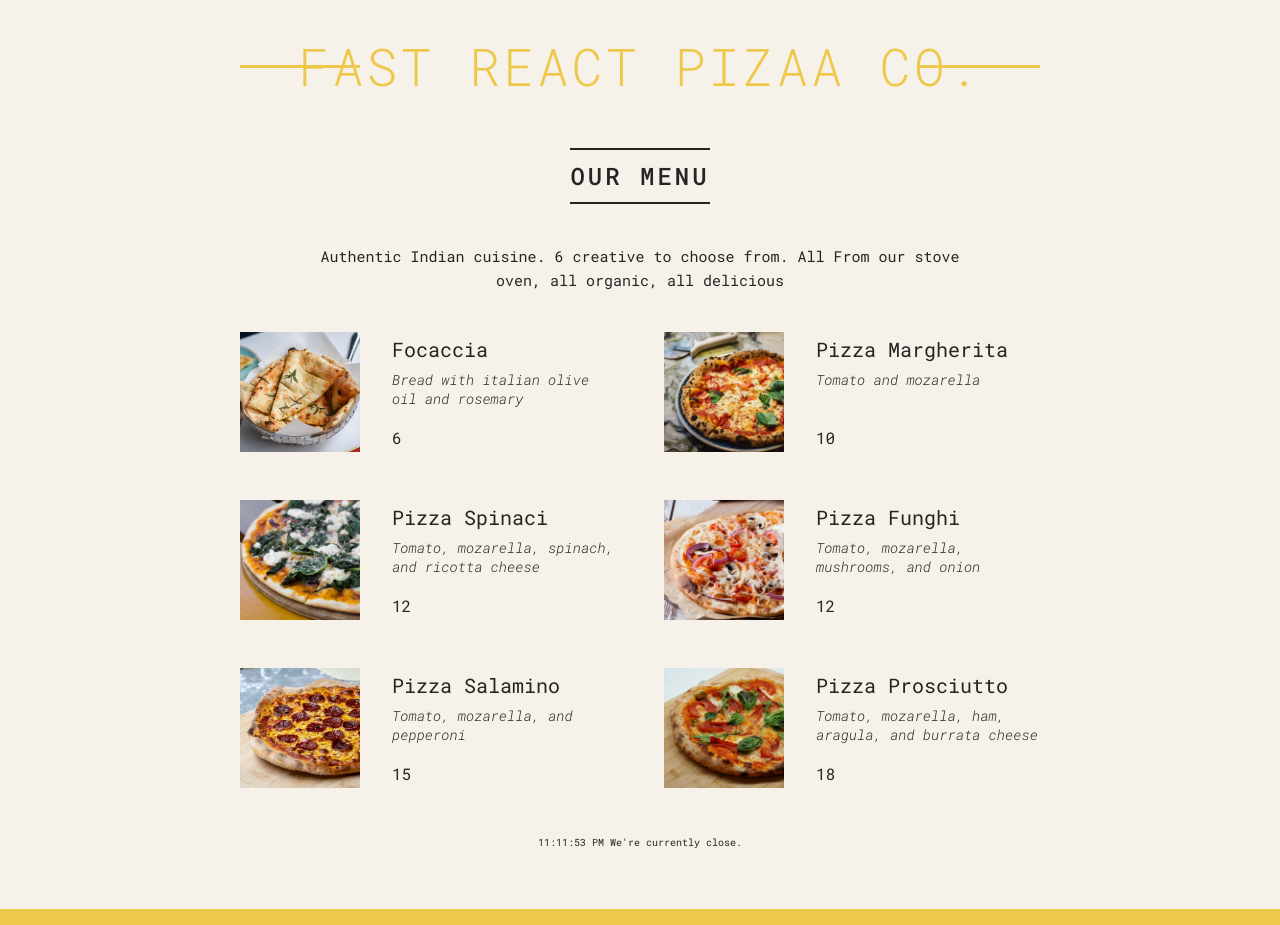
Repository: balaji-ummadisetty/reactPropsPractice
Page: /
The author's editor kept a copy of each file at every save. The page is drawn from the files as they stood at one save, then again after a run of saves.
The browser window is 1280 px wide. The pictures show the whole page.
The project was rebuilt for these pictures with package versions that can differ from the ones it lists, and the page was loaded fresh each time. Also part of the build but not shown: vite.config.js.

Above is the page before, as saved 2024-05-08 23:26:30.

After the next 2 saves:
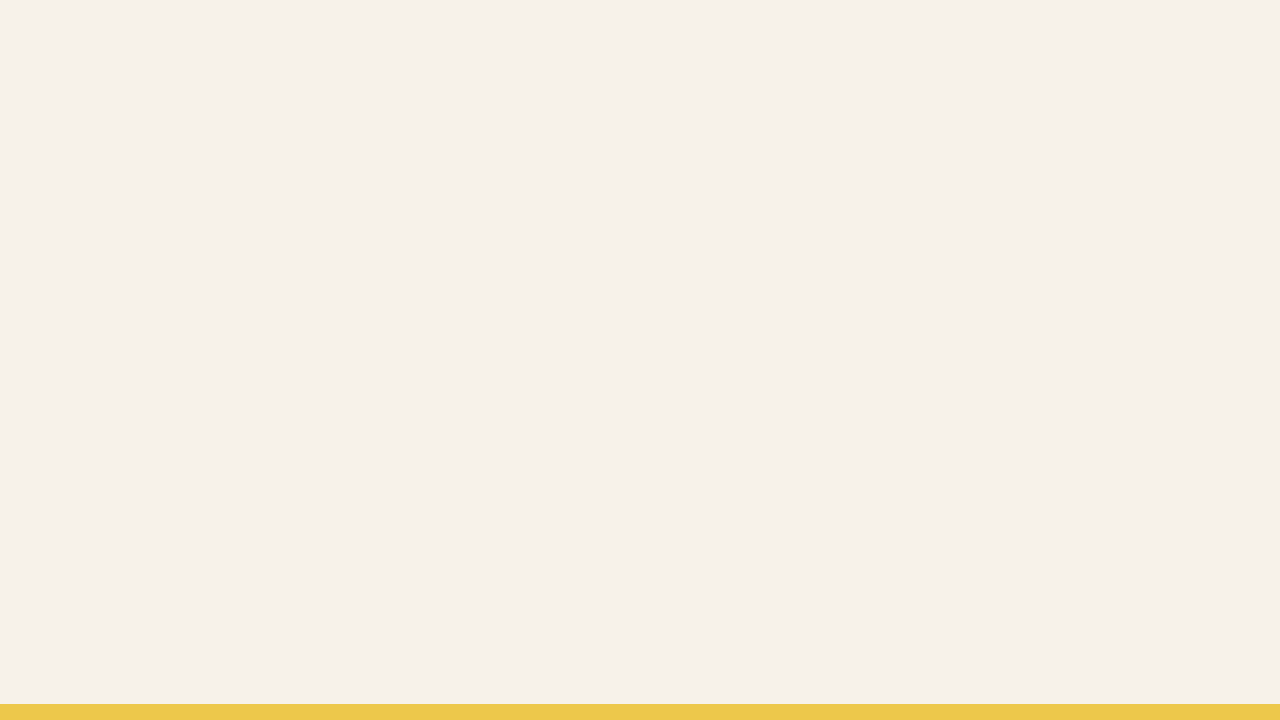
Console error: ReferenceError: out is not defined
The 2 saves are shown as one change because they came seconds apart.
The last was saved 32 s later.
--- a/src/App.jsx
+++ b/src/App.jsx
@@ -5,7 +5,7 @@
 function Pizza(props) {
 
     return (
-        <div className={`pizza ${props.soldOut && "sold-out"}`}>
+        <div className={`pizza ${props.sold-out && "sold-out"}`}>
             <img src ={props.photoName} alt={props.photoName} />
             <div>
             <h3>{props.name}</h3>

After the 2 saves that followed:
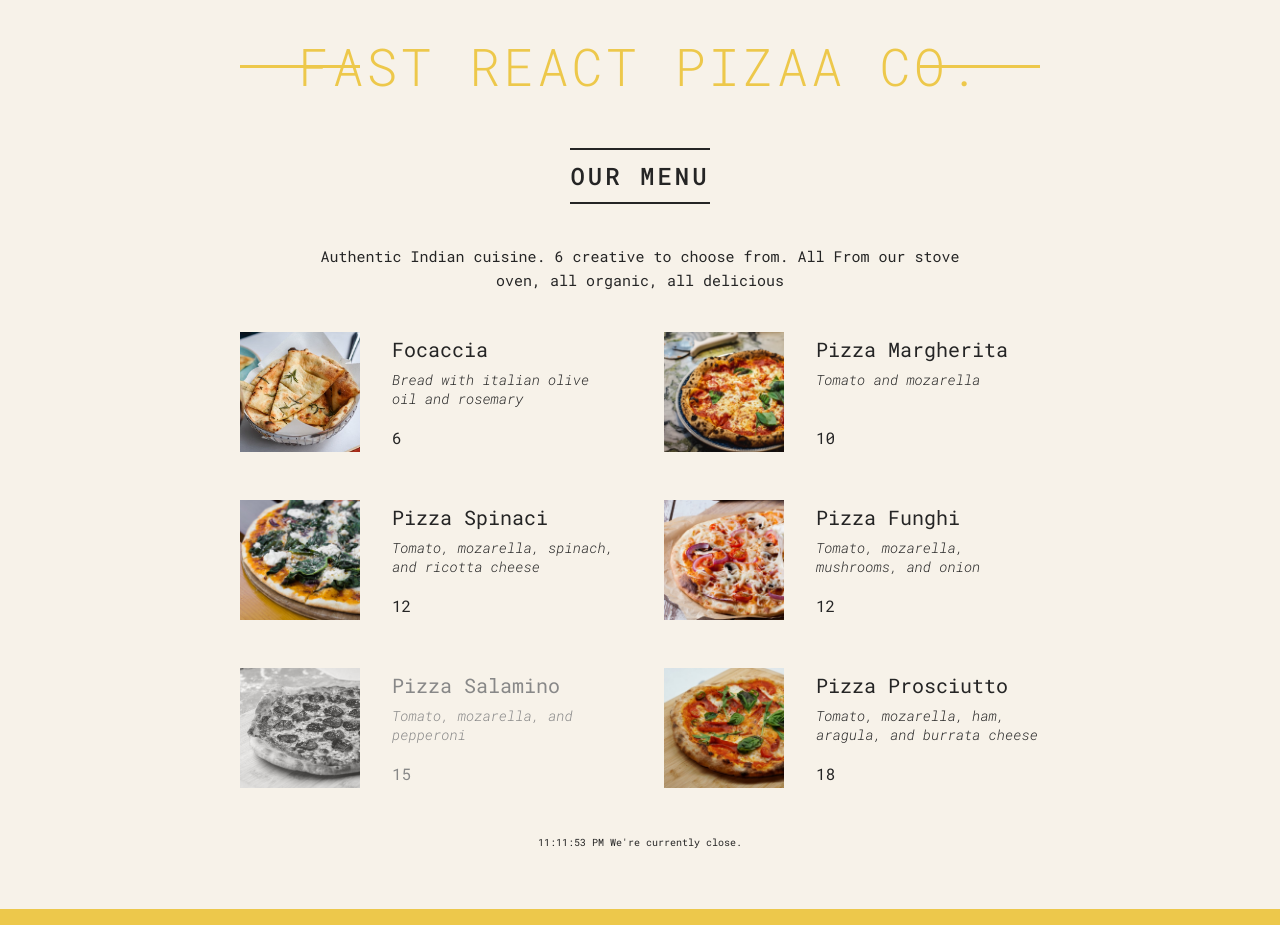
The error is gone.
The 2 saves are shown as one change because 1 left the picture as it was.
The last was saved 41 s later.
--- a/src/App.jsx
+++ b/src/App.jsx
@@ -5,7 +5,7 @@
 function Pizza(props) {
 
     return (
-        <div className={`pizza ${props.sold-out && "sold-out"}`}>
+        <div className={`pizza ${props.soldOut && "sold-out"}`}>
             <img src ={props.photoName} alt={props.photoName} />
             <div>
             <h3>{props.name}</h3>
@@ -31,7 +31,7 @@
         <p>Authentic Indian cuisine. 6 creative to choose from. All From our stove oven, all organic, all delicious</p>
         <div className='pizzas'>
         {pizzaData.map((data) =>{
-            return <Pizza name={data.name} ingredients={data.ingredients} price={data.price} photoName={data.photoName} sold-out={data.soldOut}/>
+            return <Pizza name={data.name} ingredients={data.ingredients} price={data.price} photoName={data.photoName} soldOut={data.soldOut}/>
         })}
         </div>
         </main>
